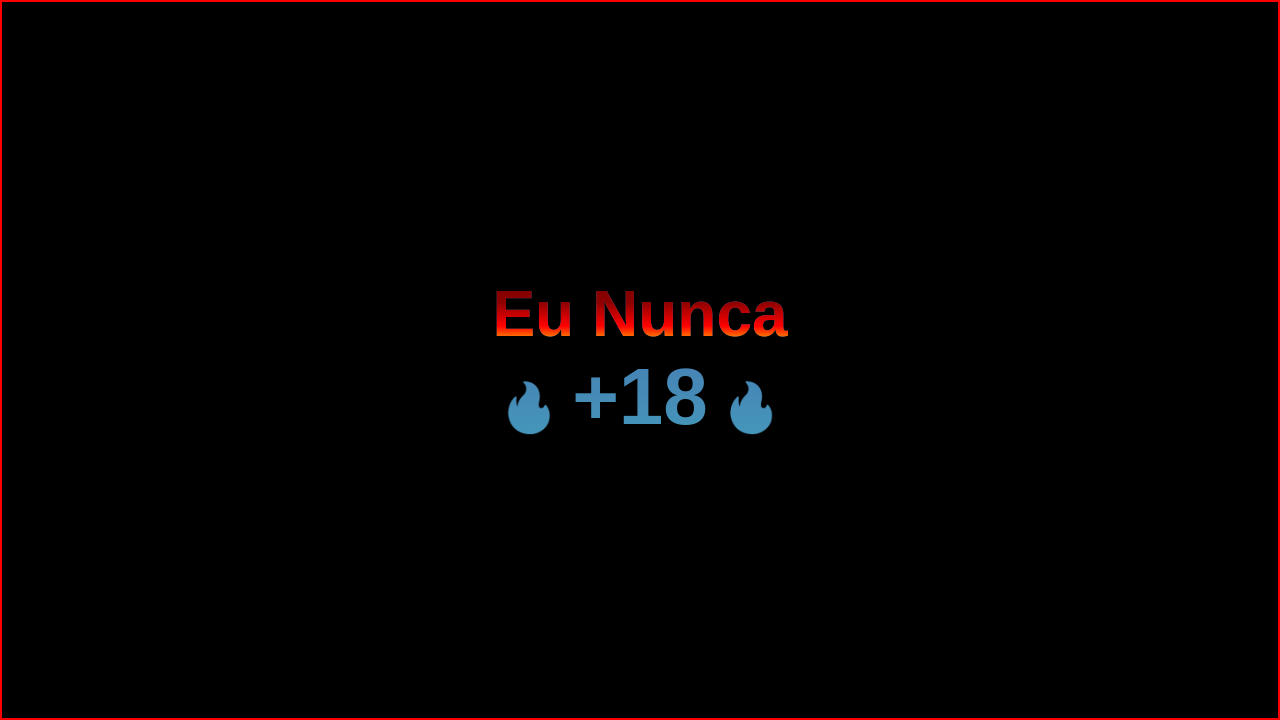
Repository: odiloalmeida/inever
Page: index.html
The author's editor kept a copy of each file at every save. The page is drawn from the files as they stood at one save, then again after the next save.
The browser window is 1280 px wide. The pictures show the whole page.

Above is the page before, as saved 2023-01-31 21:07:02.

After the next save:
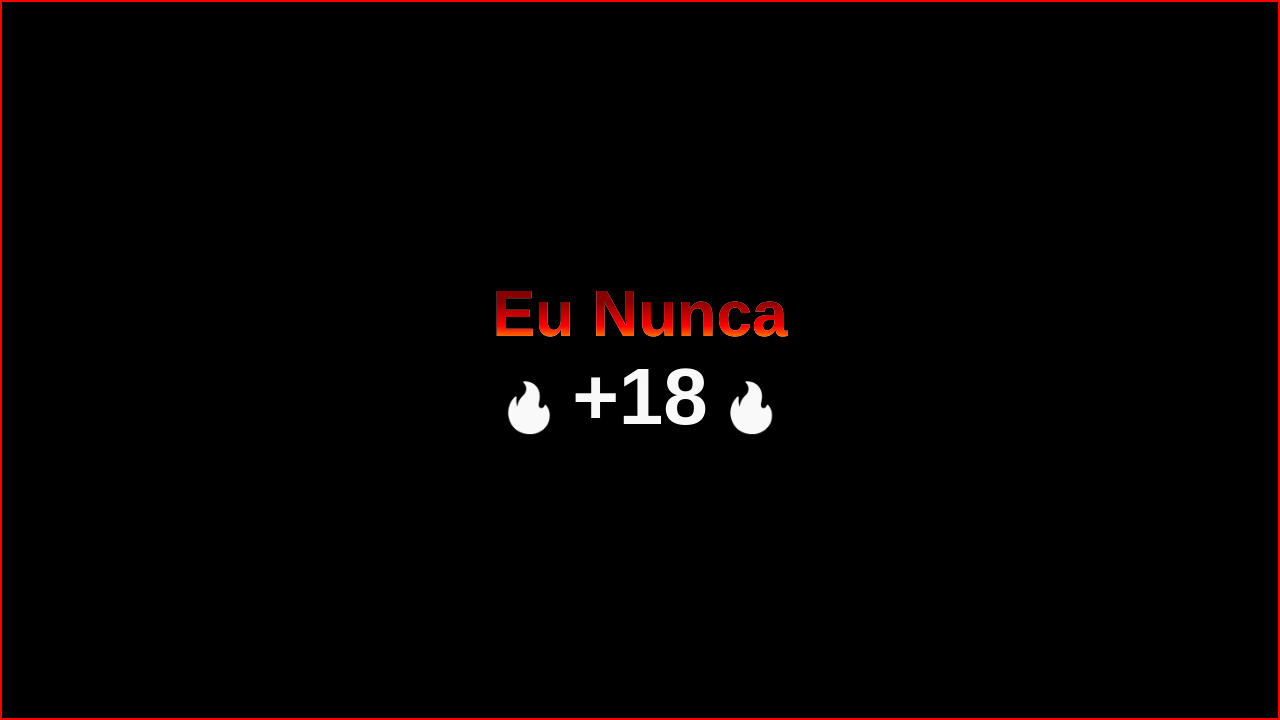
Saved 38 s later.
--- a/style.css
+++ b/style.css
@@ -22,7 +22,7 @@ button {
     font-weight: bold;
     font-size: 3rem;
     padding: 5px;
-    background-image: linear-gradient(to bottom, rebeccapurple, steelblue, turquoise);
+    background-image: linear-gradient(to bottom,#f1f1f1,#fff);
     background-clip: text;
     -webkit-background-clip: text;
     -webkit-text-fill-color: transparent;
